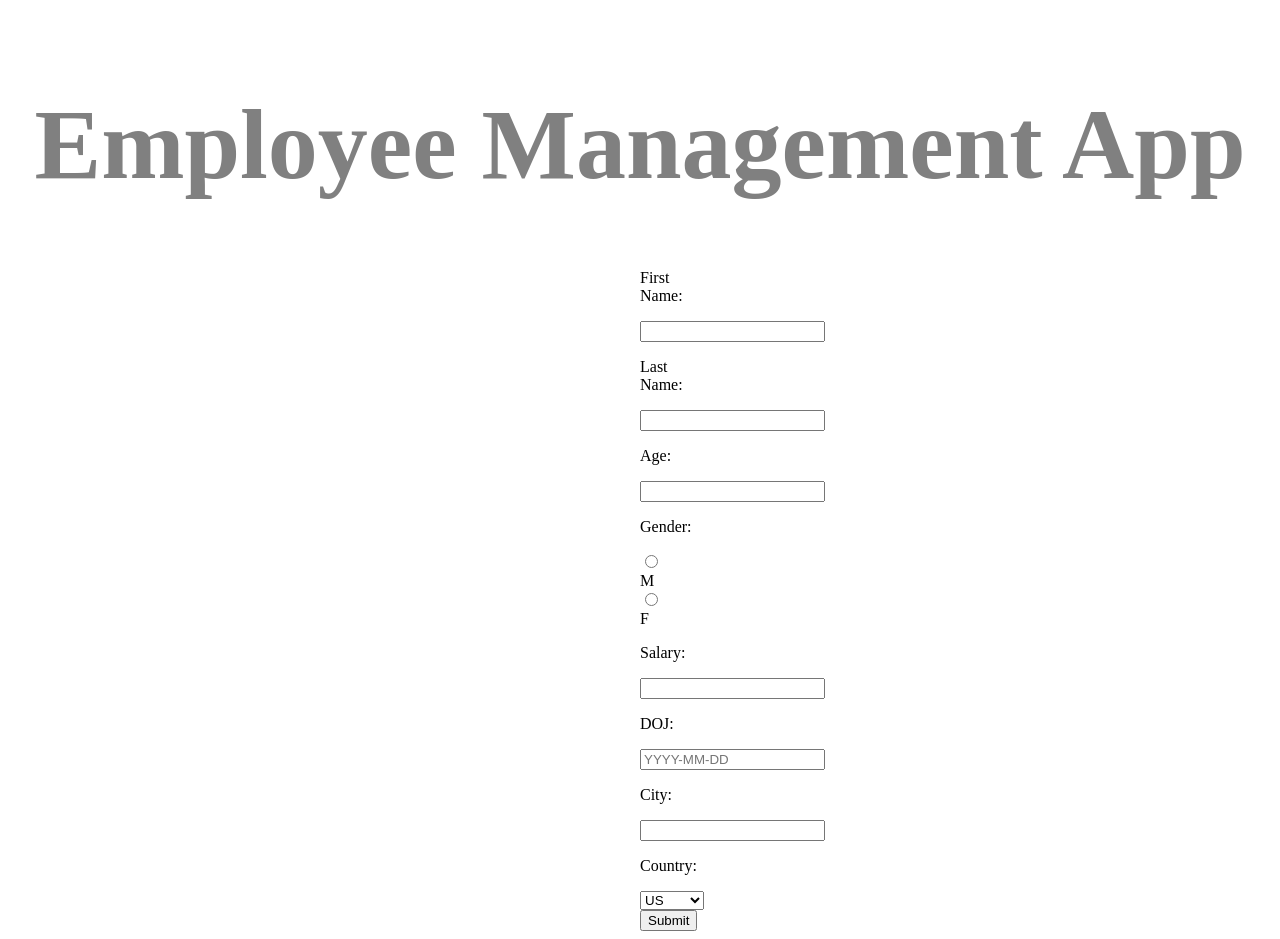
Repository: SaumyaGuptaTechnokrat/Employee_management
Page: http://localhost/Employee/index.jsp
An editor plug-in stored every save of this project. The page is shown before and after the next save, followed by the edit.
The browser window is 1280 px wide. The pictures show the whole page.
The page is served by Tomcat 9.

Above is the page before, as saved 2023-02-10 17:28:27.

After the next save:
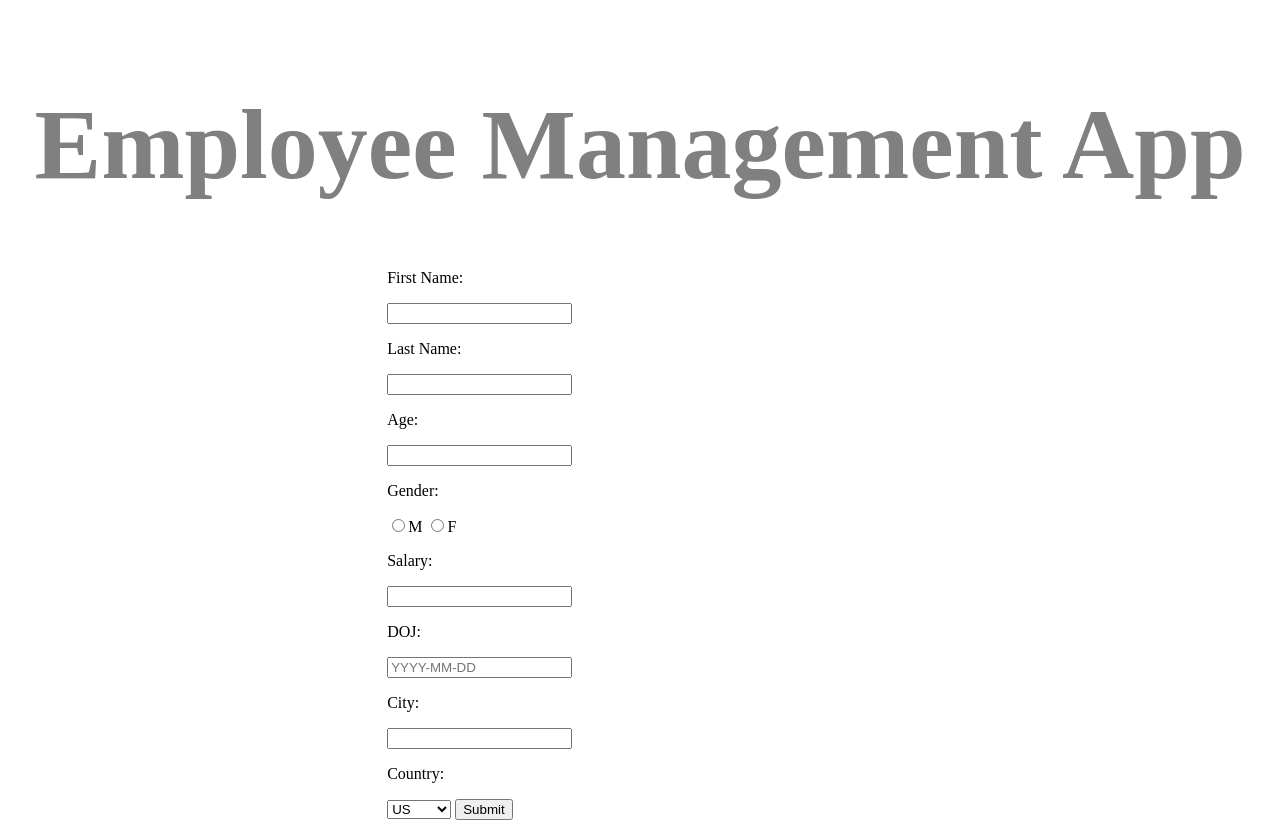
Saved 7 s later.
--- a/Employee/src/main/webapp/index.jsp
+++ b/Employee/src/main/webapp/index.jsp
@@ -9,7 +9,7 @@
 </head>
 <body>
 <h1 style="text-align:center;padding-top:20px;color:gray;font-size:100px;">Employee Management App</h1>
-<div style="margin:0% 50%;">
+<div style="margin:0% 30%;">
 <form action="addRecord.jsp" method="post" >
 
 		<p>First Name:</p><input name="fName" type="text"><br>
